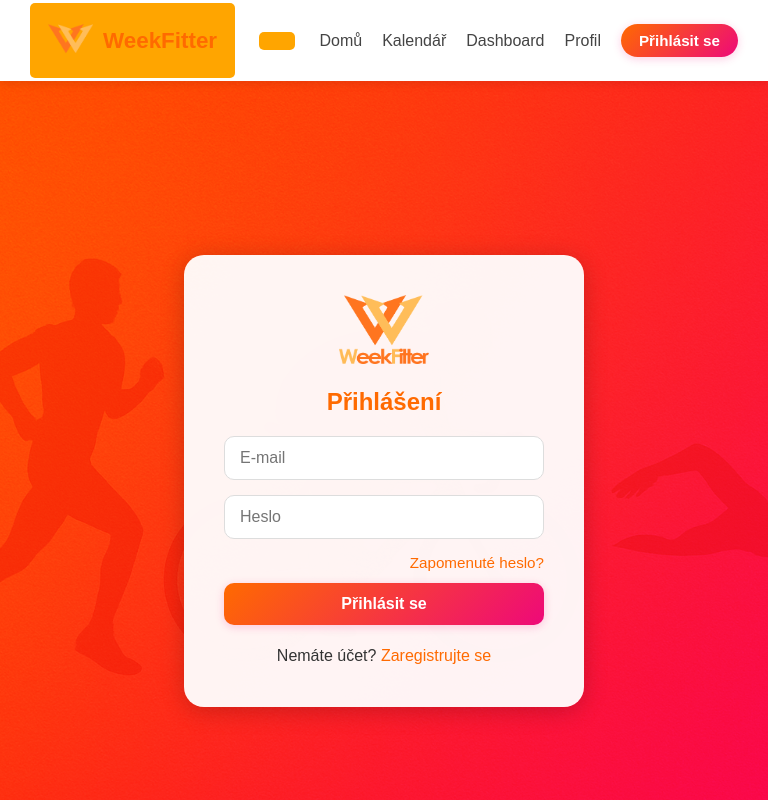
Repository: MatyasMandelicek/weekfitter-frontend
Page: /login
The author's editor kept a copy of each file at every save. The page is drawn from the files as they stood at one save, then again after the next save.
The browser window is 768 px wide. The pictures show the whole page.
The page's requests for data from a server got no answer. An inner scrolling area shows only its first screen. The project was rebuilt for these pictures with package versions that can differ from the ones it lists, and the page was loaded fresh each time. No one was signed in, and anything a server would have sent is missing. Also part of the build but not shown: src/styles/HomePage.css, src/pages/HomePage.js, src/styles/DashboardPage.css, src/pages/DashboardPage.js, src/styles/CalendarPage.css, src/pages/CalendarPage.js, src/styles/RegisterPage.css, src/pages/RegisterPage.js and 5 more.

Above is the page before, as saved 2025-11-12 15:49:59.

After the next save:
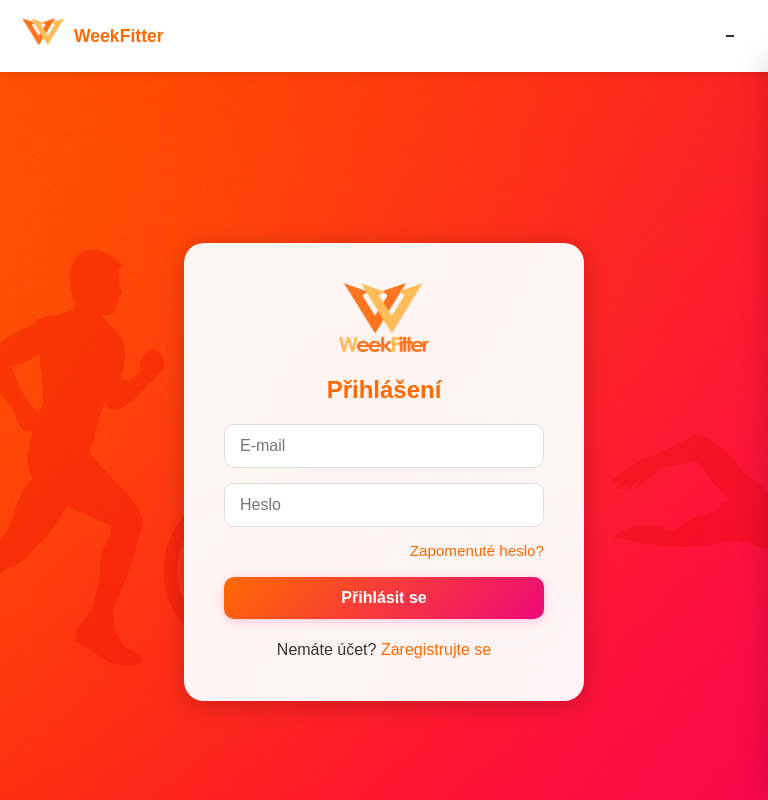
Saved 38 s later.
--- a/src/styles/Header.css
+++ b/src/styles/Header.css
@@ -2,7 +2,7 @@
   width: 100%;
   background: white;
   box-shadow: 0 2px 10px rgba(0, 0, 0, 0.1);
-  padding: 3px 30px;
+  padding: 6px 16px;
   position: sticky;
   top: 0;
   z-index: 100;
@@ -14,28 +14,32 @@
   align-items: center;
   max-width: 1200px;
   margin: auto;
+  gap: 8px;
 }
 
 .logo-container {
   display: flex;
   align-items: center;
+  gap: 10px;
+  background: transparent;
+  border: 0;
   cursor: pointer;
-  gap: 10px;
+  padding: 6px;
 }
 
 .header-logo {
-  width: 45px;
-  height: 45px;
-  border-radius: 0px;
-  margin-top: 12px;
+  width: 42px;
+  height: 42px;
+  margin-top: 6px;
 }
 
 .app-name {
   color: #ff6a00;
   font-weight: 700;
-  font-size: 1.4rem;
+  font-size: 1.25rem;
 }
 
+/* Desktop nav */
 .nav-links {
   display: flex;
   align-items: center;
@@ -49,30 +53,81 @@
   transition: color 0.3s ease;
 }
 
-.nav-links a:hover {
-  color: #ff6a00;
-}
+.nav-links a:hover { color: #ff6a00; }
 
-/* --- TLAČÍTKO ODHLÁSIT SE --- */
-.logout-btn {
+/* Primární tlačítko (sdílené) */
+.primary-btn {
   background: linear-gradient(135deg, #ff6a00, #ee0979);
   color: #fff;
-  padding: 10px 22px;
+  padding: 10px 18px;
   border: none;
   border-radius: 25px;
-  font-weight: 600;
+  font-weight: 700;
   cursor: pointer;
   transition: all 0.25s ease;
   box-shadow: 0 2px 10px rgba(238, 9, 121, 0.2);
 }
-
-.logout-btn:hover {
+.primary-btn:hover {
   transform: scale(1.05);
   background: linear-gradient(135deg, #ee0979, #ff6a00);
   box-shadow: 0 4px 15px rgba(255, 106, 0, 0.4);
 }
 
-.logout-btn:active {
-  transform: scale(0.98);
-  box-shadow: 0 2px 8px rgba(255, 106, 0, 0.3);
+/* Hamburger (skrytý na desktopu) */
+.hamburger {
+  display: none;
+  width: 44px;
+  height: 44px;
+  border: 0;
+  background: transparent;
+  cursor: pointer;
+  align-items: center;
+  justify-content: center;
+  border-radius: 10px;
 }
+.hamburger span {
+  display: block;
+  width: 22px;
+  height: 2px;
+  background: #333;
+  margin: 4px 0;
+  transition: transform .2s ease, opacity .2s ease;
+}
+
+/* === Mobile === */
+@media (max-width: 900px) {
+  .app-name { font-size: 1.1rem; }
+  .hamburger { display: inline-flex; }
+
+  /* off-canvas right panel */
+  .nav-links {
+    position: fixed;
+    top: 58px;                /* pod headerem */
+    right: 0;
+    width: min(80vw, 360px);
+    height: calc(100vh - 58px);
+    background: #fff;
+    box-shadow: -6px 0 24px rgba(0,0,0,.12);
+    padding: 16px;
+    display: flex;
+    flex-direction: column;
+    align-items: stretch;
+    gap: 12px;
+    transform: translateX(100%);
+    transition: transform .25s ease;
+    z-index: 1000;
+  }
+  .nav-links.open { transform: translateX(0); }
+
+  .nav-links a {
+    padding: 12px 10px;
+    border-radius: 10px;
+    background: #fafafa;
+  }
+
+  .primary-btn {
+    width: 100%;
+    text-align: center;
+    margin-top: 6px;
+  }
+}
